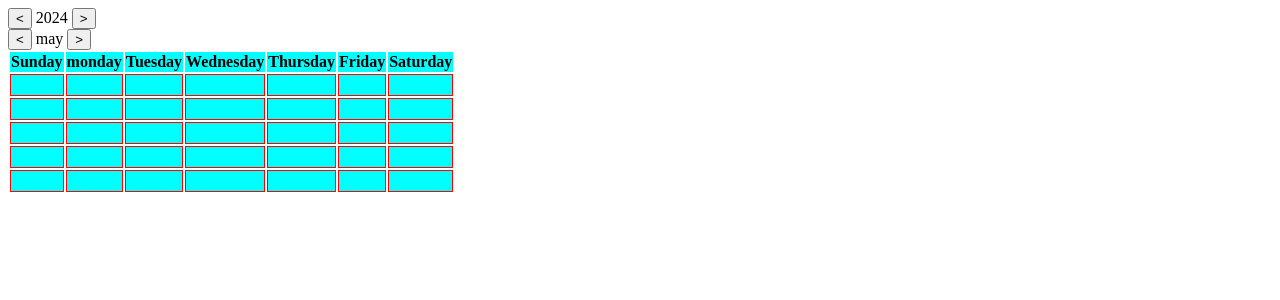
Repository: fateme81yosefi/calendar
Page: index.html
These files come from the project's save history. The page is drawn as it stood at one moment and after a run of saves; the edit follows.
The browser window is 1280 px wide. The pictures show the whole page.

Above is the page before, as saved 2024-05-30 13:04:27.

### index.html
<!DOCTYPE html>

<html>

<head>
  <title>calendar</title>
  <link rel="icon" type="image/x-icon" href="/images/fav.png">
  <link rel="stylesheet" href="styles.css">

</head>

<body>

  <div class="container-calendar">
    <div class="contain-year">
      <button>
        < </button>
          2024
          <button>></button>

    </div>
    <div class="contain-month">
      <button>
        < </button>
          may
          <button>></button>

    </div>
    <table>
      <tr>
        <th>Sunday</th>
        <th>monday</th>
        <th>Tuesday</th>
        <th>Wednesday </th>
        <th>Thursday</th>
        <th>Friday</th>
        <th>Saturday</th>
      </tr>

      <tr>
        <td id="1-1"> </td>
        <td id="1-2"> </td>
        <td id="1-3"> </td>
        <td id="1-4"> </td>
        <td id="1-5"> </td>
        <td id="1-6"> </td>
        <td id="1-7"> </td>
      </tr>

      <tr>
        <td id="2-1"> </td>
        <td id="2-2"> </td>
        <td id="2-3"> </td>
        <td id="2-4"> </td>
        <td id="2-5"> </td>
        <td id="2-6"> </td>
        <td id="2-7"> </td>
      </tr>

      <tr>
        <td id="3-1"> </td>
        <td id="3-2"> </td>
        <td id="3-3"> </td>
        <td id="3-4"> </td>
        <td id="3-5"> </td>
        <td id="3-6"> </td>
        <td id="3-7"> </td>
      </tr>

      <tr>
        <td id="4-1"> </td>
        <td id="4-2"> </td>
        <td id="4-3"> </td>
        <td id="4-4"> </td>
        <td id="4-5"> </td>
        <td id="4-6"> </td>
        <td id="4-7"> </td>
      </tr>

      <tr>
        <td> </td>
        <td> </td>
        <td> </td>
        <td> </td>
        <td> </td>
        <td> </td>
        <td> </td>
      </tr>

    </table>
  </div>



  <script src="/scripts.js"></script>

</body>

</html>

### styles.css
tr{
    background-color: aqua;
    border: 1px solid red;
    padding: 10px;
    margin: 2px;
}
td{
    background-color: aqua;
    border: 1px solid red;
    padding: 10px;
    margin: 2px;
}

### scripts.js
const d = new Date();
m = d.getMonth()
y = d.getFullYear()
dd = d.getDate()
w=d.getDay()
console.log( y+"/"+ (m + 1) +"/"+dd)
console.log(w+1)


function calculator(day,month,weekday){
    // weekday = #column
    if(day <=7 || day>=29){
        row = 1
    }else if(day <=14){
        row = 2
    }else if(day <= 21){
        row = 3
    }else if(day <= 28){
        row = 4
    }


}

After the next 2 saves:
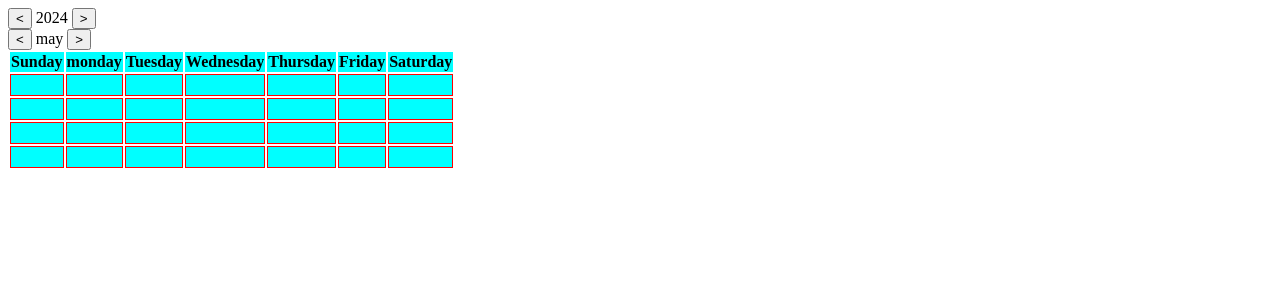
The 2 saves are shown as one change because they came seconds apart.
The last was saved 15 s later.
--- a/index.html
+++ b/index.html
@@ -76,17 +76,6 @@
         <td id="4-6"> </td>
         <td id="4-7"> </td>
       </tr>
-
-      <tr>
-        <td> </td>
-        <td> </td>
-        <td> </td>
-        <td> </td>
-        <td> </td>
-        <td> </td>
-        <td> </td>
-      </tr>
-
     </table>
   </div>
 
